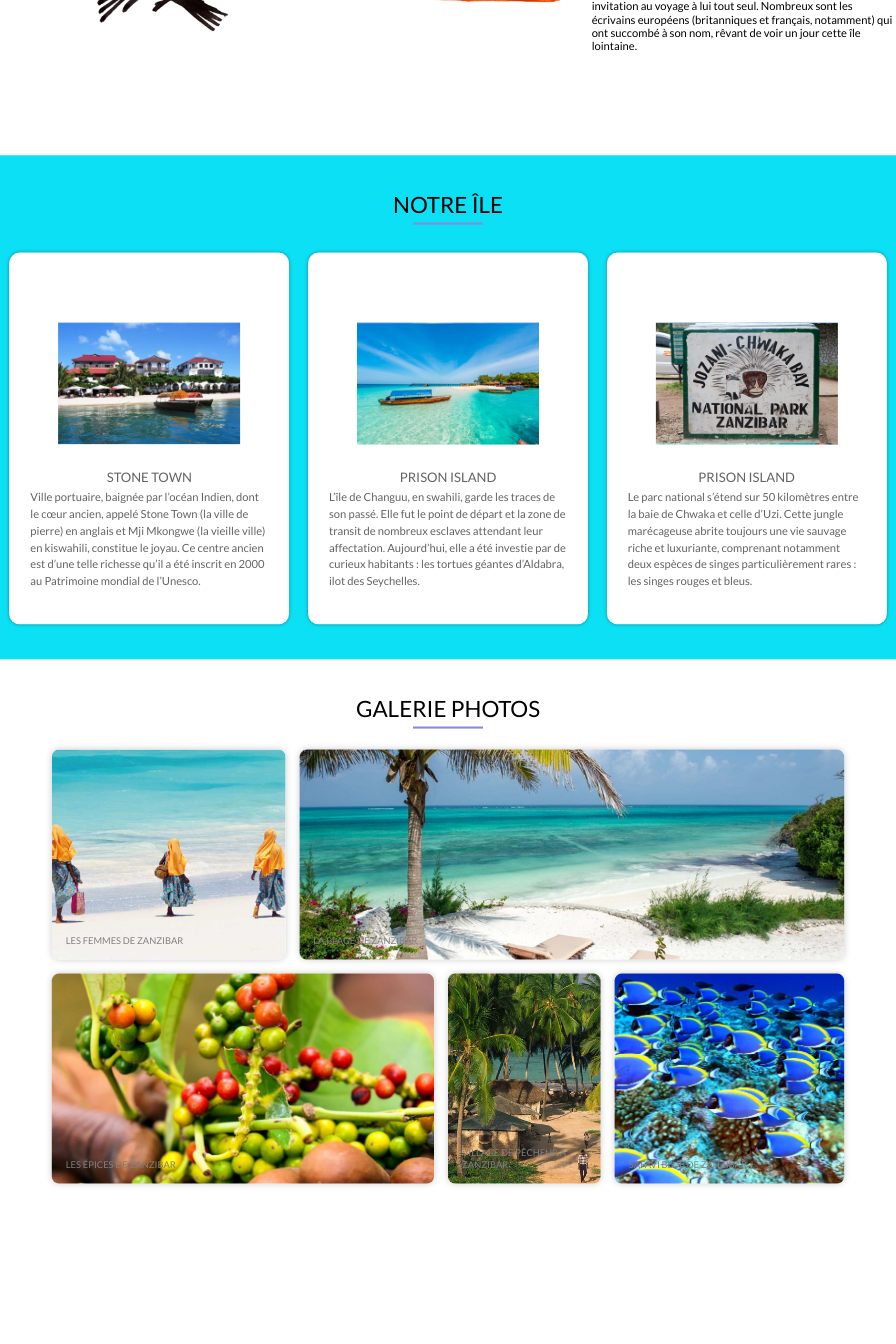
Repository: ypiard85/zanzibar
Page: index.html
These files come from the project's save history. The page is drawn as it stood at one moment and after the next save; the edit follows.
The browser window is 1280 px wide. The pictures show the part of the page from y = 1357 to 3277 px (the page is 3277 px tall), at 70% of full size.
Some web fonts or font styles are not loaded; a fallback is used.

Above is the page before, as saved 2021-03-01 11:43:00.

After the next save:
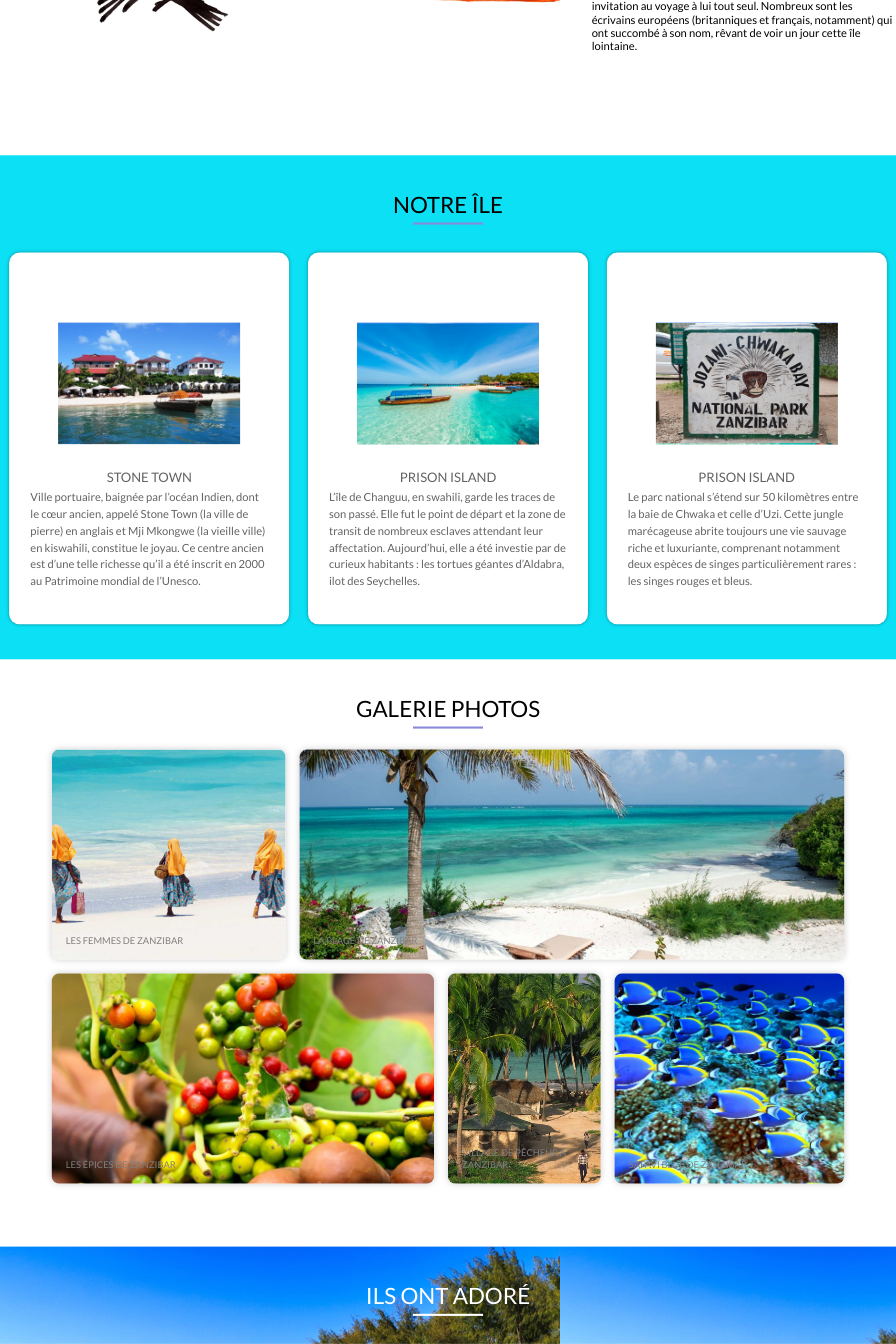
Saved 3 min 20 s later.
--- a/style.css
+++ b/style.css
@@ -287,3 +287,7 @@ section .title p {
     color: gray;
     font-size: smaller;
 }
+
+.review{
+    background-image: url('./the-paysage.jpg');
+}
